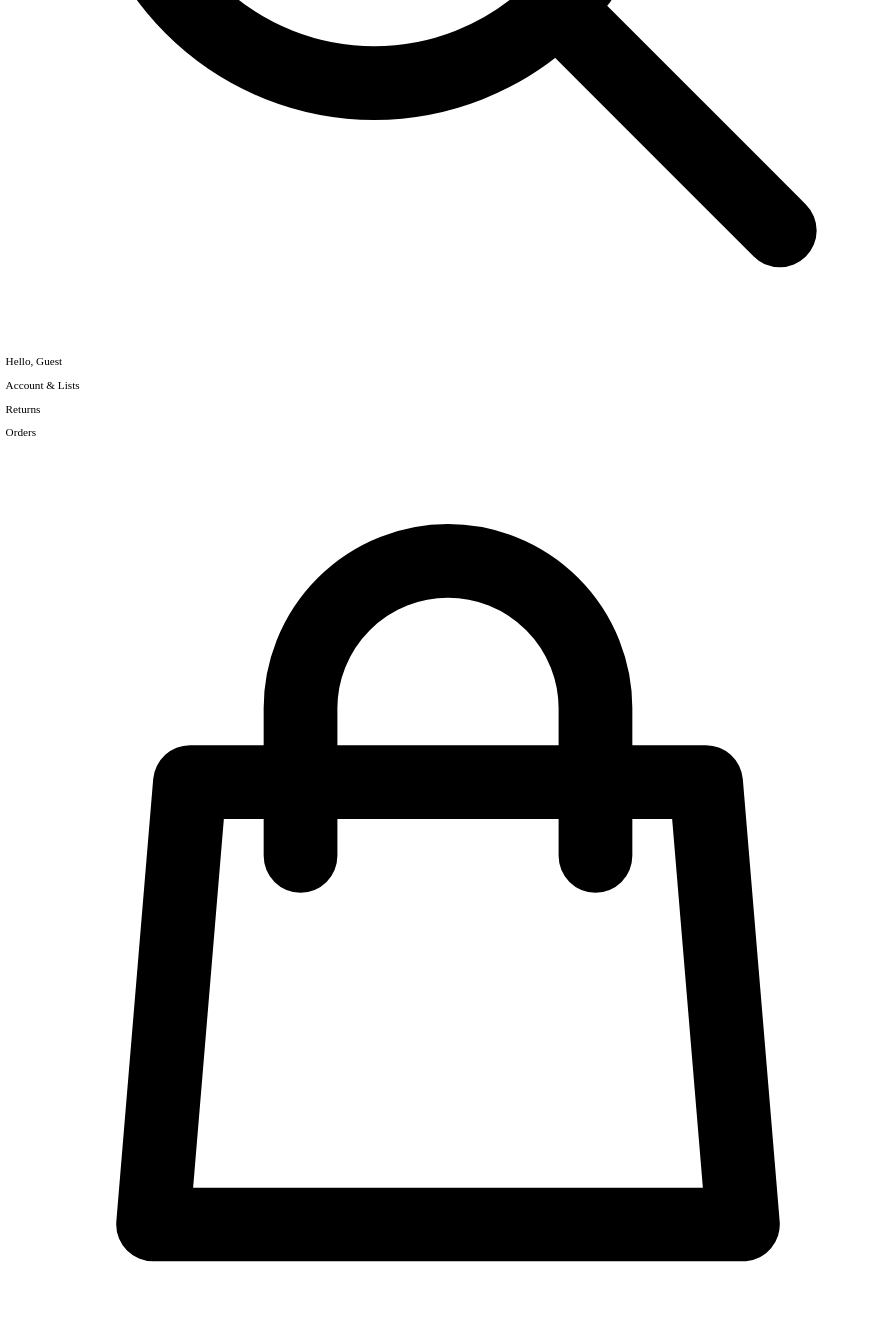
Repository: SayedJamil/amazon_clone_nextjs
Page: /
These files come from the project's save history. The page is drawn as it stood at one moment and after a run of saves; the edit follows.
The browser window is 1280 px wide. The pictures show the part of the page from y = 805 to 2725 px (the page is 2725 px tall), at 70% of full size.
The project was rebuilt for these pictures with package versions that can differ from the ones it lists, and the page was loaded fresh each time. The framework's server and built-in components were replaced by stand-ins that run in the browser. Also part of the build but not shown: next.config.js.

Above is the page before, as saved 2021-08-26 12:37:34.

After the next 3 saves:
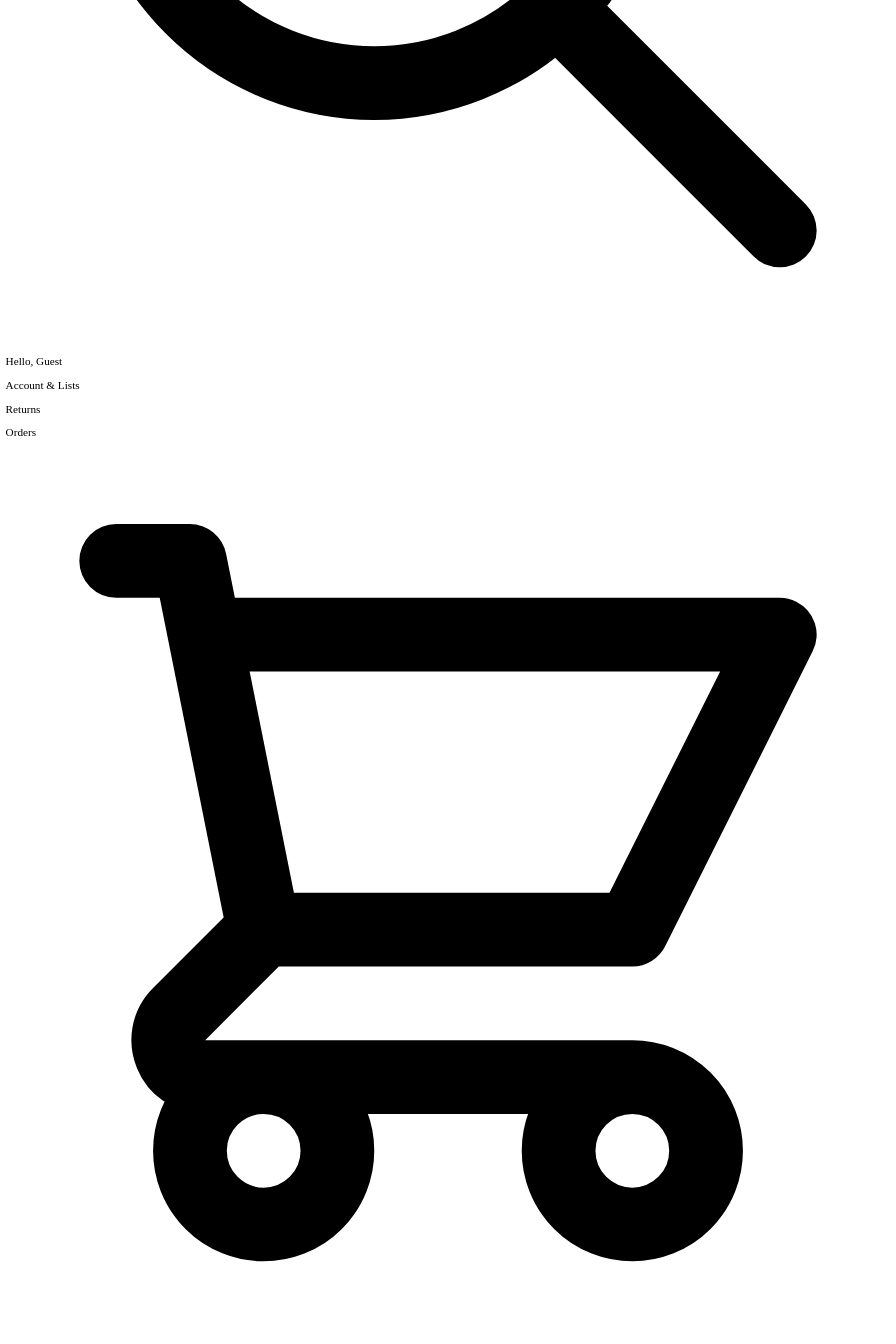
The 3 saves are shown as one change because they came seconds apart.
The last was saved 15 s later.
--- a/src/components/Header.js
+++ b/src/components/Header.js
@@ -1,5 +1,5 @@
 import Image from "next/image";
-import { SearchIcon, ShoppingBagIcon } from '@heroicons/react/outline';
+import { SearchIcon, ShoppingCartIcon } from '@heroicons/react/outline';
 function Header() {
     return (
         <header>
@@ -24,7 +24,7 @@ function Header() {
                         <p>Orders</p>
                     </div>
                     <div>
-<ShoppingBagIcon className="h-10"/>
+                        <ShoppingCartIcon className="h-10" />
                     </div>
                 </div>
             </div>
